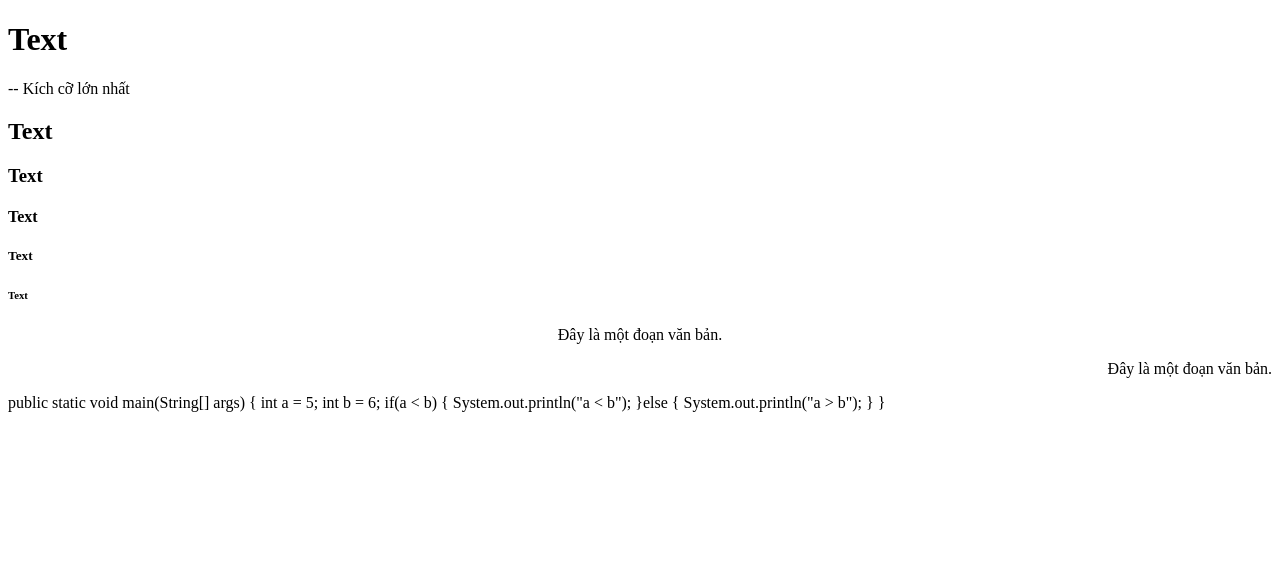
Repository: vnmk1/jsp_servlet-tutorials
Page: Bai2_HTML/src/main/webapp/vidu.html
An editor plug-in stored every save of this project. The page is shown before and after the next save, followed by the edit.
The browser window is 1280 px wide. The pictures show the whole page.

Above is the page before, as saved 2023-07-15 04:33:35.

### Bai2_HTML/src/main/webapp/vidu.html
<!DOCTYPE html>
<html>
<head>
<meta charset="UTF-8">
<title>Insert title here</title>
</head>
<body>
	<h1>Text</h1> -- Kích cỡ lớn nhất
	<h2>Text</h2>
	<h3>Text</h3>
	<h4>Text</h4>
	<h5>Text</h5>
	<h6>Text</h6>
	<p align = "center">
		Đây là một đoạn văn bản.
	</p>

	<p align = "right">
		Đây là một đoạn văn bản.
	</p>

	public static void main(String[] args) {
		int a = 5;
		int b = 6;
		if(a < b) {
			System.out.println("a < b");
		}else {
			System.out.println("a > b");
		}
	}
</body>
</html>

After the next save:
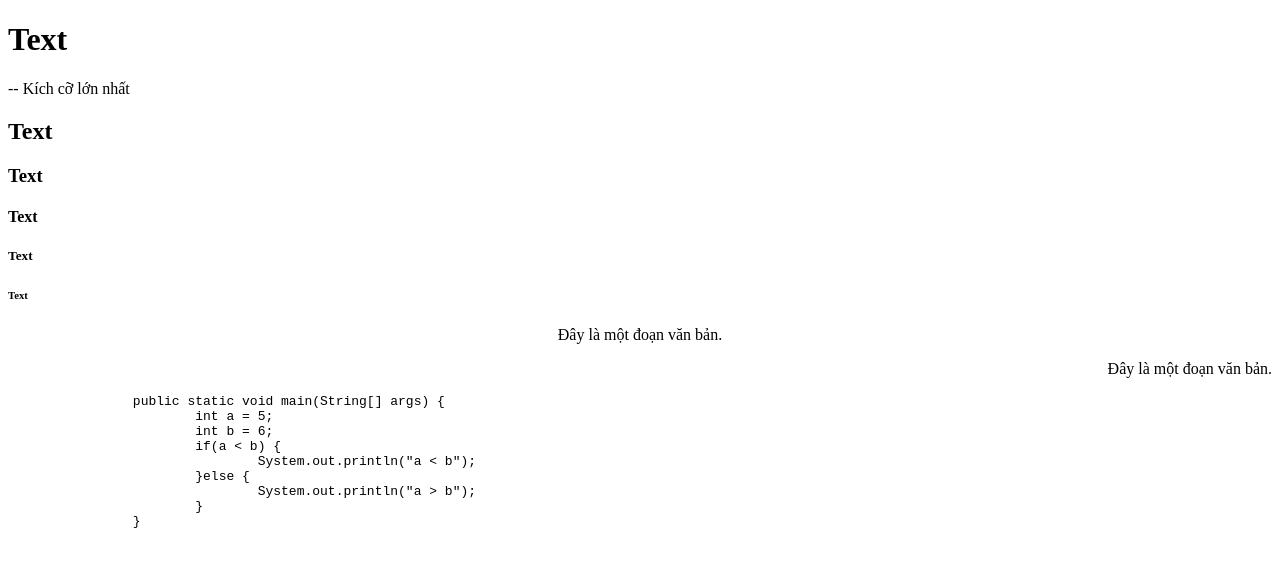
Saved 70 s later.
--- a/Bai2_HTML/src/main/webapp/vidu.html
+++ b/Bai2_HTML/src/main/webapp/vidu.html
@@ -19,14 +19,16 @@
 		Đây là một đoạn văn bản.
 	</p>
 
-	public static void main(String[] args) {
-		int a = 5;
-		int b = 6;
-		if(a < b) {
-			System.out.println("a < b");
-		}else {
-			System.out.println("a > b");
+	<pre>
+		public static void main(String[] args) {
+			int a = 5;
+			int b = 6;
+			if(a < b) {
+				System.out.println("a < b");
+			}else {
+				System.out.println("a > b");
+			}
 		}
-	}
+	</pre>
 </body>
 </html>
